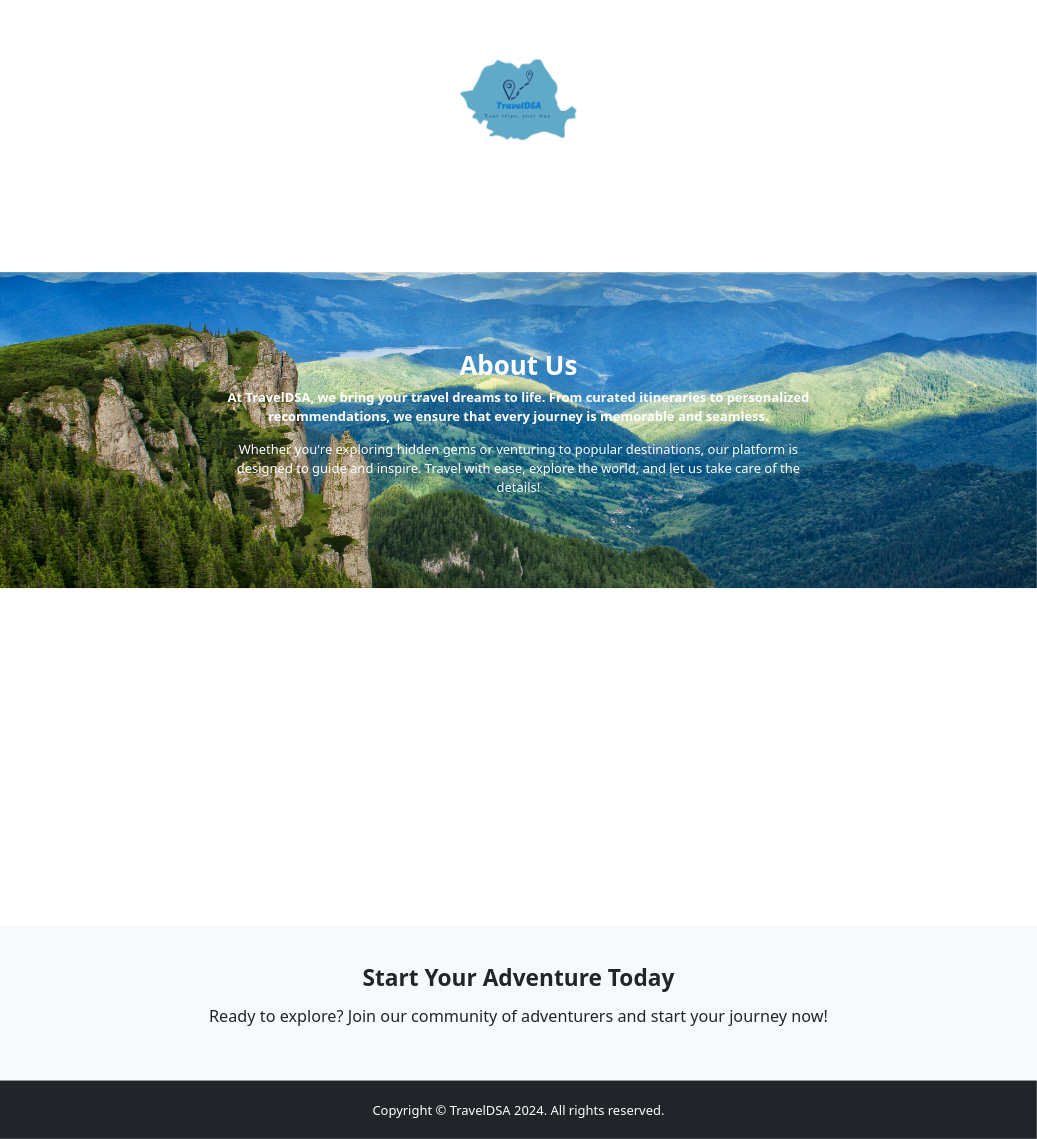
Repository: bettowww/TravelDSA
Page: /home
An editor plug-in stored every save of this project. The page is shown before and after the next save, followed by the edit.
The browser window is 1280 px wide. The pictures show the whole page, at 81% of full size.
The project was rebuilt for these pictures with package versions that can differ from the ones it lists, and the page was loaded fresh each time. The framework's server and built-in components were replaced by stand-ins that run in the browser. Also part of the build but not shown: next.config.mjs.

Above is the page before, as saved 2024-12-10 13:43:43.

After the next save:
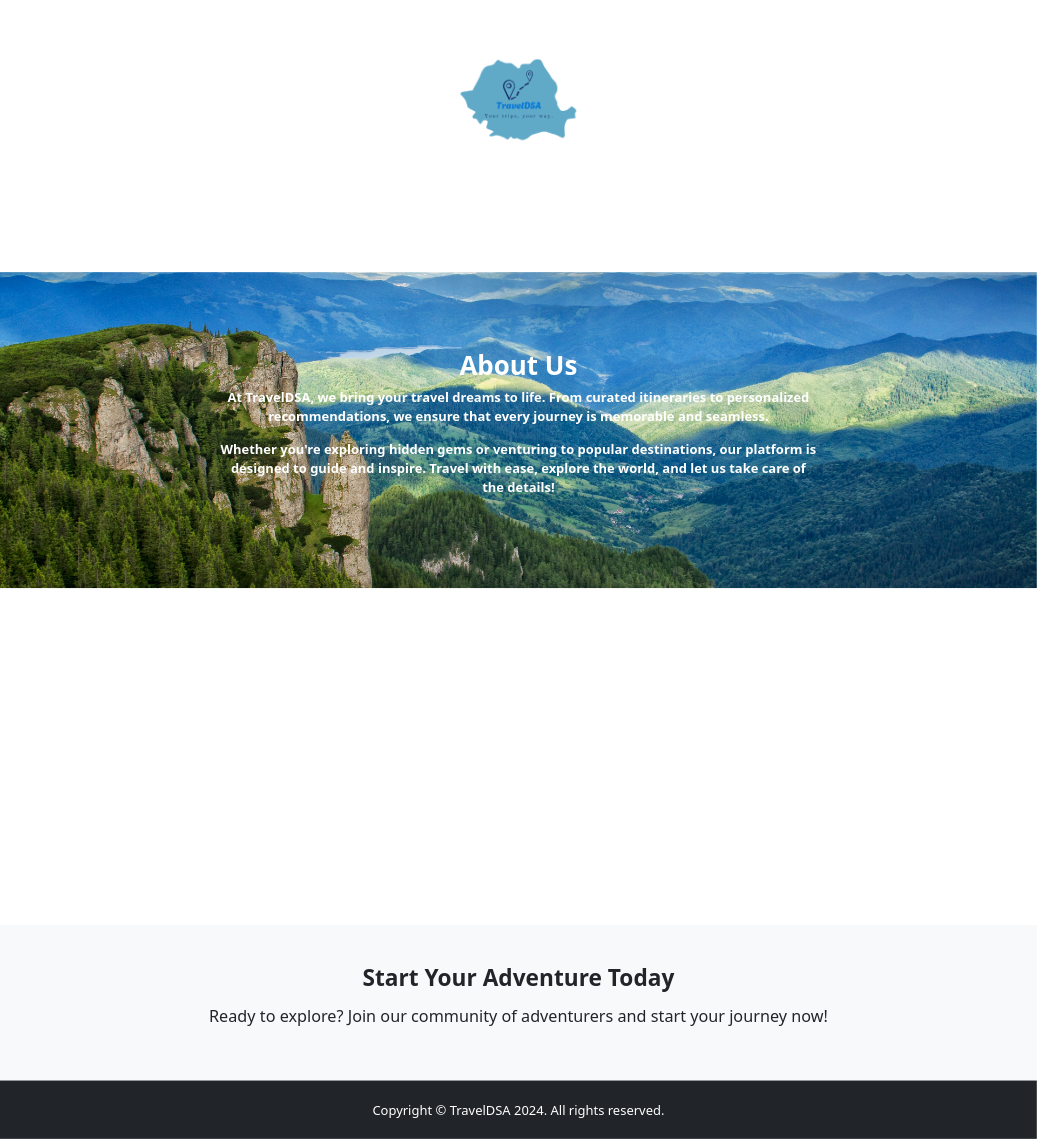
Saved 21 s later.
--- a/app/home/page.jsx
+++ b/app/home/page.jsx
@@ -47,7 +47,7 @@ const HomePage = () => {
                 itineraries to personalized recommendations, we ensure that
                 every journey is memorable and seamless.
               </p>
-              <p>
+              <p className="fw-bold">
                 Whether you're exploring hidden gems or venturing to popular
                 destinations, our platform is designed to guide and inspire.
                 Travel with ease, explore the world, and let us take care of the
